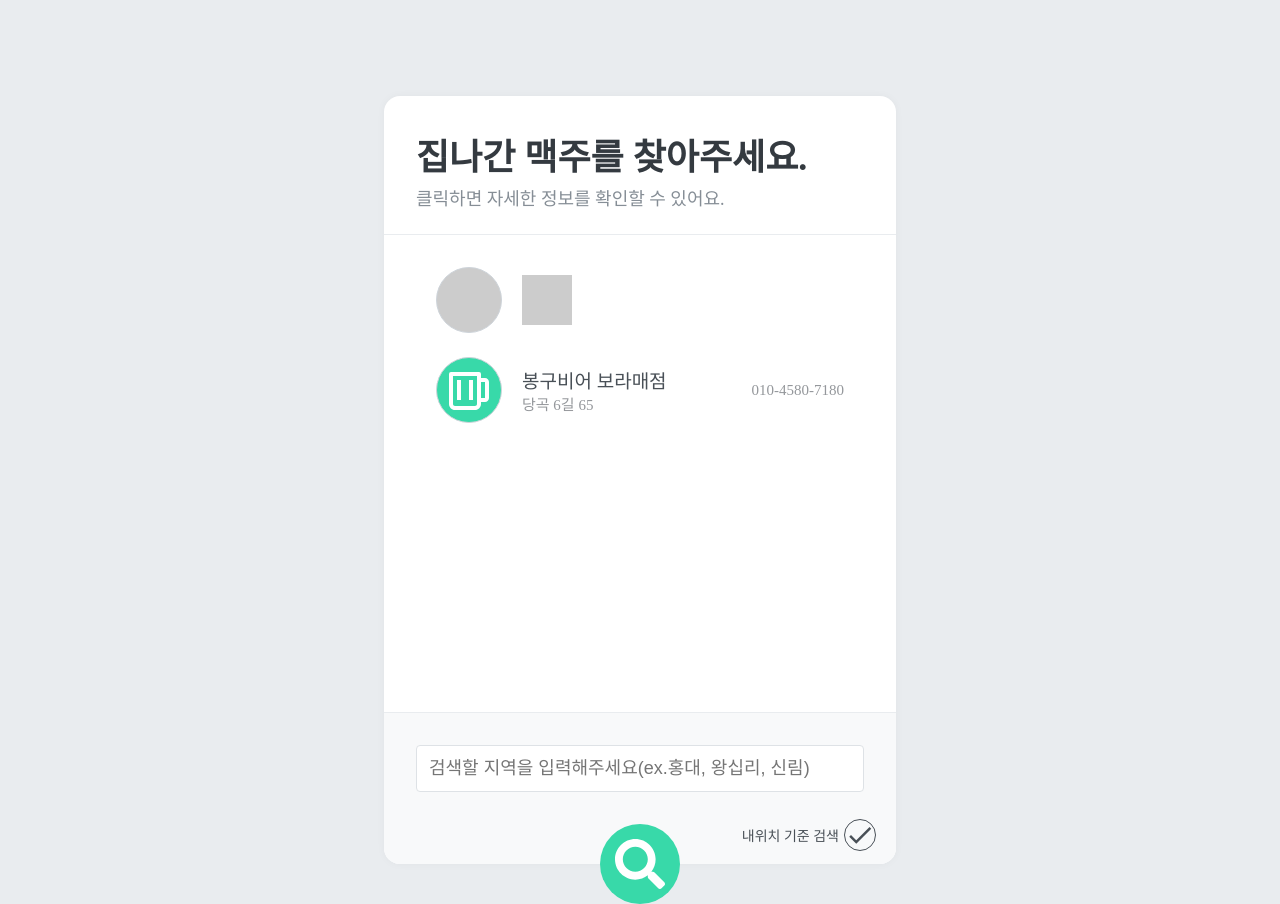
Repository: THE-SOPT-WEB/kimNamjun
Page: / (app in week4/bring-my-beer/)
These files come from the project's save history. The page is drawn as it stood at one moment and after the next save; the edit follows.
The browser window is 1280 px wide. The pictures show the whole page.
The project was rebuilt for these pictures with package versions that can differ from the ones it lists, and the page was loaded fresh each time.

Above is the page before, as saved 2022-05-13 03:23:40.

### week4/bring-my-beer/public/index.html
<!DOCTYPE html>
<html lang="en">
  <head>
    <meta charset="utf-8" />
    <link rel="icon" href="%PUBLIC_URL%/favicon.ico" />
    <meta name="viewport" content="width=device-width, initial-scale=1" />
    <meta name="theme-color" content="#000000" />
    <meta
      name="description"
      content="Web site created using create-react-app"
    />
    <link rel="apple-touch-icon" href="%PUBLIC_URL%/logo192.png" />
    <!--
      manifest.json provides metadata used when your web app is installed on a
      user's mobile device or desktop. See https://developers.google.com/web/fundamentals/web-app-manifest/
    -->
    <link rel="manifest" href="%PUBLIC_URL%/manifest.json" />
    <!--
      Notice the use of %PUBLIC_URL% in the tags above.
      It will be replaced with the URL of the `public` folder during the build.
      Only files inside the `public` folder can be referenced from the HTML.

      Unlike "/favicon.ico" or "favicon.ico", "%PUBLIC_URL%/favicon.ico" will
      work correctly both with client-side routing and a non-root public URL.
      Learn how to configure a non-root public URL by running `npm run build`.
    -->
    <title>우리동네 맥주집</title>
  </head>
  <body>
    <noscript>You need to enable JavaScript to run this app.</noscript>
    <div id="root"></div>
    <!--
      This HTML file is a template.
      If you open it directly in the browser, you will see an empty page.

      You can add webfonts, meta tags, or analytics to this file.
      The build step will place the bundled scripts into the <body> tag.

      To begin the development, run `npm start` or `yarn start`.
      To create a production bundle, use `npm run build` or `yarn build`.
    -->
  </body>
</html>

### week4/bring-my-beer/src/App.js
import React from 'react';
import { createGlobalStyle } from 'styled-components';
import Template from './components/Template';
import Header from './components/Header';
import List from './components/List';
import Search from './components/Search';
import SkeletonItem from './components/SkeletonItem';


const GlobalStyle = createGlobalStyle`
  body {
    background: #e9ecef;
  }
`;

function App() {
  return (
    <>
      <GlobalStyle />
      <Template>
        <Header />
        <List />
        <Search />
      </Template>
    </>
  );
}

export default App;

### week4/bring-my-beer/src/components/Template.jsx
import React from 'react';
import styled from 'styled-components';

const TemplateBlock = styled.div`
  width: 512px;
  height: 768px;

  position: relative;
  background: white;
  border-radius: 16px;
  box-shadow: 0 0 8px 0 rgba(0, 0, 0, 0.04);

  margin: 0 auto;

  margin-top: 96px;
  margin-bottom: 32px;
  display: flex;
  flex-direction: column;
`;

function Template({ children }) {
  return <TemplateBlock>{children}</TemplateBlock>;
}

export default Template;

### week4/bring-my-beer/src/components/Header.jsx
import React from 'react';
import styled from 'styled-components';

const HeaderBlock = styled.div`
  padding: 32px 32px 24px 32px;
  border-bottom: 1px solid #e9ecef;
  h1 {
    margin: 0;
    font-size: 36px;
    color: #343a40;
  }
  .tip {
    margin-top: 4px;
    color: #868e96;
    font-size: 18px;
  }
`;

function Header() {
  return (
    <HeaderBlock>
      <h1>집나간 맥주를 찾아주세요. </h1>
      <div className="tip">클릭하면 자세한 정보를 확인할 수 있어요.</div>
    </HeaderBlock>
  );
}

export default Header;

### week4/bring-my-beer/src/components/List.jsx
import React from 'react';
import axios from "axios";
import Skeleton, { SkeletonTheme } from 'react-loading-skeleton'
import styled from 'styled-components';
import Item from './Item';
import SkeletonItem from './SkeletonItem';

const ListBlock = styled.div`
  flex: 1;
  padding: 20px 32px;
  padding-bottom: 48px;
  overflow-y: auto;
`;

function List() {
  return (
    <ListBlock>
      <SkeletonItem/>
      <Item title="봉구비어 보라매점" adress='당곡 6길 65' contact='010-4580-7180'/>
    </ListBlock>
  );
}

export default List;

### week4/bring-my-beer/src/components/Search.jsx
import React, {useState} from 'react';
import styled, {css} from 'styled-components';
import { FaSearch } from 'react-icons/fa';
import { MdDone } from 'react-icons/md';

const CircleButton = styled.button`
  background: #38d9a9;
  &:hover {
    background: #63e6be;
  }
  &:active {
    background: #20c997;
  }

  cursor: pointer;
  width: 80px;
  height: 80px;
  display: block;
  align-items: center;
  justify-content: center;
  font-size: 50px;
  position: absolute;
  left: 50%;
  bottom: 0px;
  transform: translate(-50%, 50%);
  color: white;
  border-radius: 50%;
  border: none;
  outline: none;
  display: flex;
  align-items: center;
  justify-content: center;
  transition: 0.125s all ease-in;

`;

const InsertFormPositioner = styled.div`
  width: 100%;
  bottom: 0;
  left: 0;
  position: absolute;
`;

const InsertForm = styled.form`
  background: #f8f9fa;
  padding: 32px 32px 72px 32px;
  border-bottom-left-radius: 16px;
  border-bottom-right-radius: 16px;
  border-top: 1px solid #e9ecef;
`;

const Input = styled.input`
  padding: 12px;
  border-radius: 4px;
  border: 1px solid #dee2e6;
  width: 100%;
  outline: none;
  font-size: 18px;
  box-sizing: border-box;
`;

const CheckBox = styled.div`
  font-size: 14px;
  position: absolute;
  right: 20px;
  bottom: 5px;
  display: flex;
  align-items: center;
  justify-content: center;
  transition: 0.125s all ease-in;
  color: #495057;
`

const SmallCheckButton = styled.div`
  &:hover {
    border: 1px solid #38d9a9;
    color:#38d9a9;
  }
  &:active {
    border: 1px solid #20c997;;
    color:#20c997;;
  }

  cursor: pointer;
  width: 30px;
  height: 30px;
  font-size: 50px;
  color: #495057;
  border: 1px solid #495057;
  border-radius: 50%;
  margin-left: 5px;
  display: flex;
  align-items: center;
  justify-content: center;

  transition: 0.125s all ease-in;
  ${props =>
    props.checked &&
    css`
      border: 1px solid #38d9a9;
      color:#38d9a9;
    `}
`

function Search() {

  const [checked, setChecked] = useState(false);

  const onToggle = () => setChecked(!checked);

  return (
    <>
        <InsertFormPositioner>
          <InsertForm>
            <Input autoFocus placeholder="검색할 지역을 입력해주세요(ex.홍대, 왕십리, 신림)" disabled={checked ? true : false } />
          </InsertForm>
        </InsertFormPositioner>
      <CircleButton>
        <FaSearch/>
      </CircleButton>
      <CheckBox>
        <p> 내위치 기준 검색</p>
        <SmallCheckButton onClick={onToggle} checked={ checked ? true : false }>
          <MdDone/>
        </SmallCheckButton>
      </CheckBox>

    </>
  );
}

export default Search;

### week4/bring-my-beer/src/components/SkeletonItem.jsx
import React from 'react';
import styled  from 'styled-components';

const ItemBlock = styled.div`
  display: flex;
  align-items: center;
  padding: 12px 20px;
  border-radius:10px;
`;

const Icon = styled.div`
  width: 64px;
  height: 64px;
  border-radius: 50px;
  border: 1px solid #ced4da;
  font-size: 48px;
  display: flex;
  align-items: center;
  justify-content: center;
  margin-right: 20px;
  cursor: pointer;
  background-color: #ccc;
  color: #fff;
`;

const Title = styled.div`
  flex: 1;
  font-size: 19px;
  color: #ccc;
`;

const Adress = styled.div`
  width: 50px;
  height:50px;
  font-size: 15px;
  background-color: #ccc;
`

const  Contact = styled.div`
  font-size: 15px;
  color: #ccc;
`

function SkeletonItem({ title,adress,contact }) {
  return (
    <ItemBlock>
      <Icon/>
      <Title>
        <Adress/>
      </Title>
      <Contact/>
    </ItemBlock>
  );
}

export default SkeletonItem;

### week4/bring-my-beer/src/components/Item.jsx
import React from 'react';
import styled  from 'styled-components';
import { BiBeer } from 'react-icons/bi';

const ItemBlock = styled.div`
  display: flex;
  align-items: center;
  padding: 12px 20px;
  border-radius:10px;
  transition: 0.25s all ease-in;
  cursor: pointer;
  &:hover{
    transform: scale(1.05);
  }
`;

const Icon = styled.div`
  width: 64px;
  height: 64px;
  border-radius: 50px;
  border: 1px solid #ced4da;
  font-size: 48px;
  display: flex;
  align-items: center;
  justify-content: center;
  margin-right: 20px;
  cursor: pointer;
  background-color: #38d9a9;
  color: #fff;
`;

const Title = styled.div`
  flex: 1;
  font-size: 19px;
  color: #495057;
`;

const Adress = styled.div`
  font-size: 15px;
  color: #94979b;
`

const  Contact = styled.div`
  font-size: 15px;
  color: #94979b;
`

function Item({ title,adress,contact }) {
  return (
    <ItemBlock>
      <Icon >
        <BiBeer />
      </Icon>
      <Title >{title}
        <Adress>{adress}</Adress>
      </Title>
      <Contact>{contact}</Contact>
    </ItemBlock>
  );
}

export default Item;

Loaded but not shown: week4/bring-my-beer/src/index.js (common file)

After the next save:
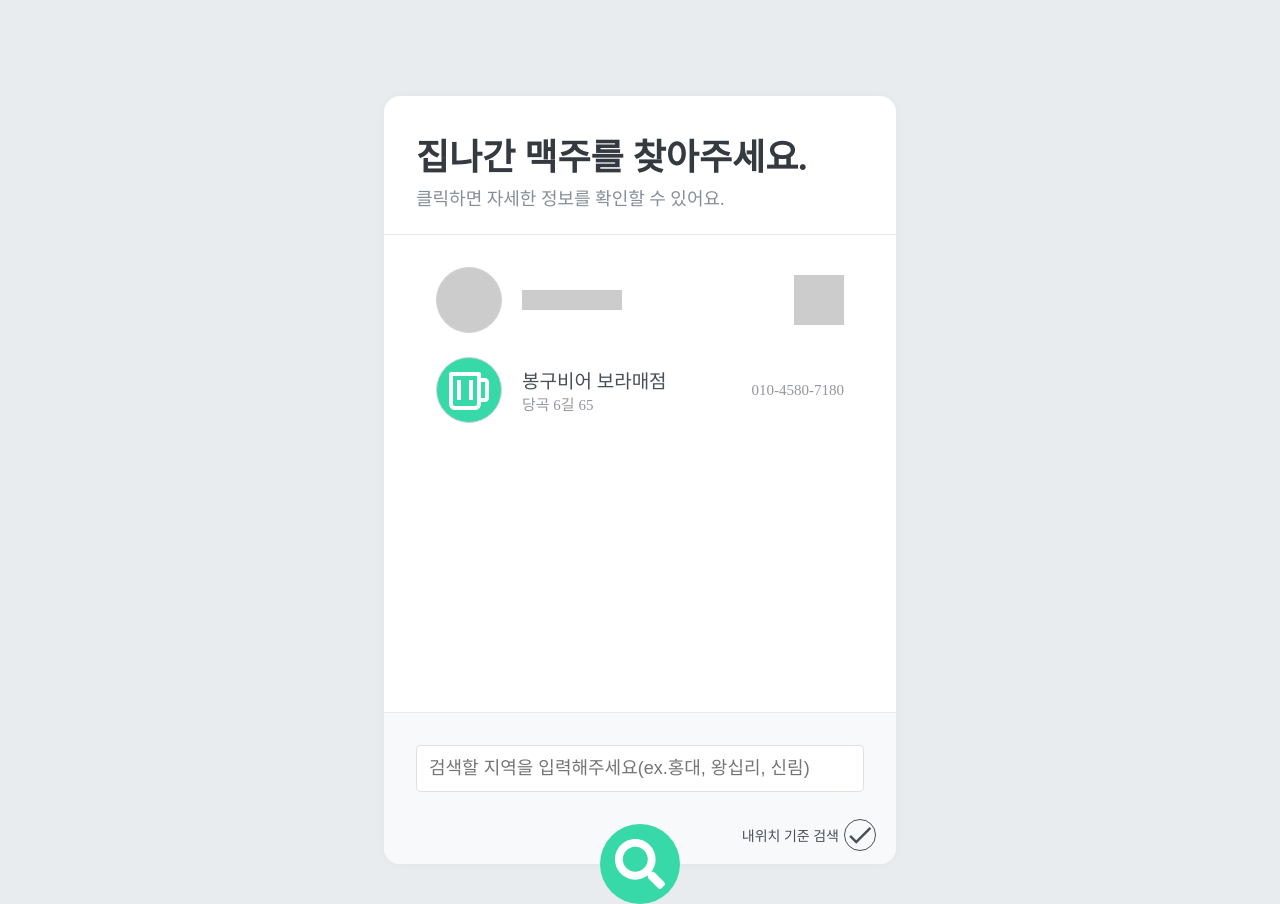
Saved 21 s later.
--- a/week4/bring-my-beer/src/components/SkeletonItem.jsx
+++ b/week4/bring-my-beer/src/components/SkeletonItem.jsx
@@ -30,15 +30,15 @@ const Title = styled.div`
 `;
 
 const Adress = styled.div`
-  width: 50px;
-  height:50px;
-  font-size: 15px;
+  width: 100px;
+  height:20px;
   background-color: #ccc;
 `
 
 const  Contact = styled.div`
-  font-size: 15px;
-  color: #ccc;
+  width: 50px;
+  height:50px;
+  background-color: #ccc;
 `
 
 function SkeletonItem({ title,adress,contact }) {
